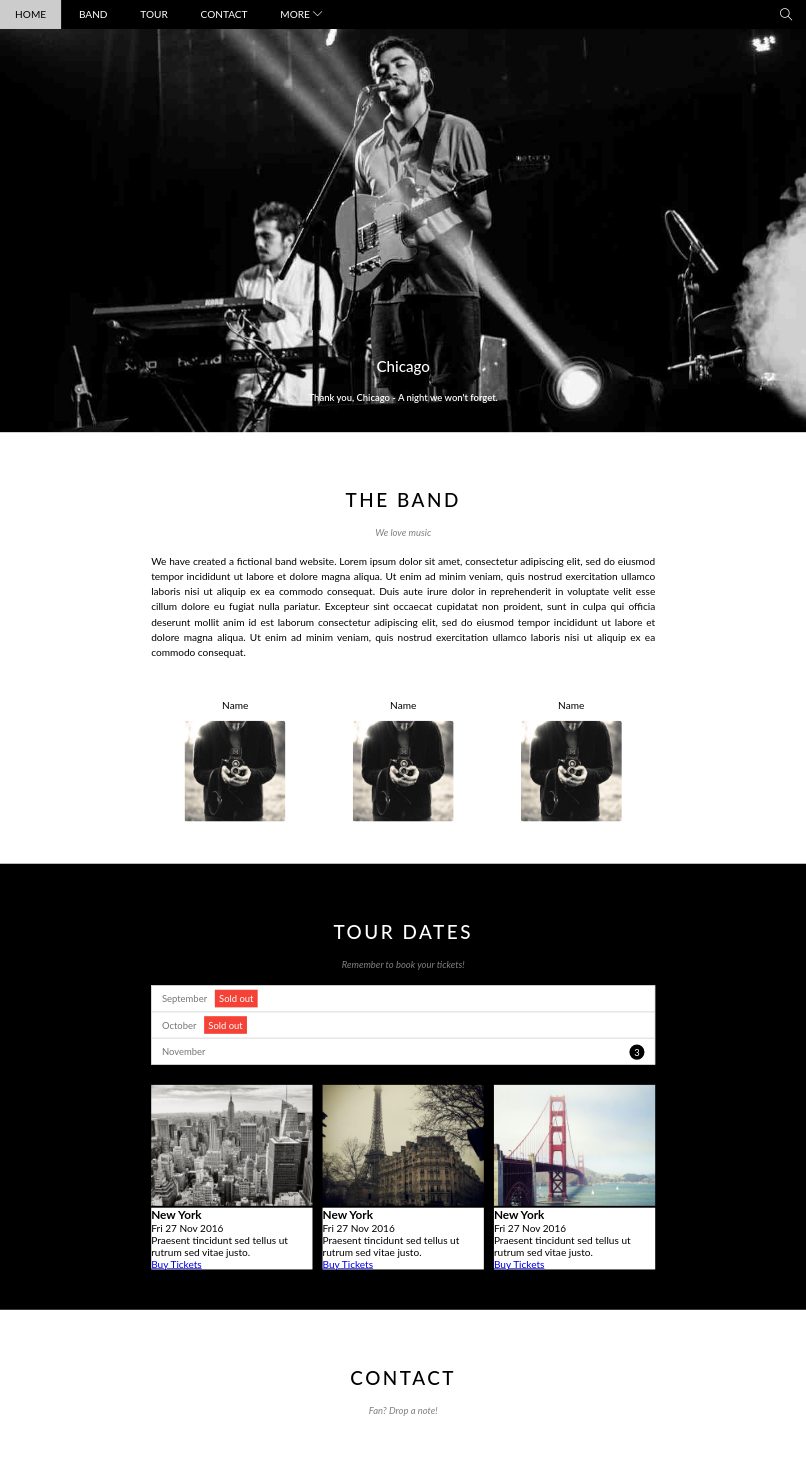
Repository: tatvanhco/web-dau-tay
Page: index.html
These files come from the project's save history. The page is drawn as it stood at one moment and after the next save; the edit follows.
The browser window is 1280 px wide. The pictures show the whole page, at 63% of full size.
The pointer rests on the first visible `.place-item img`.

Above is the page before, as saved 2022-01-23 20:18:53.

After the next save:
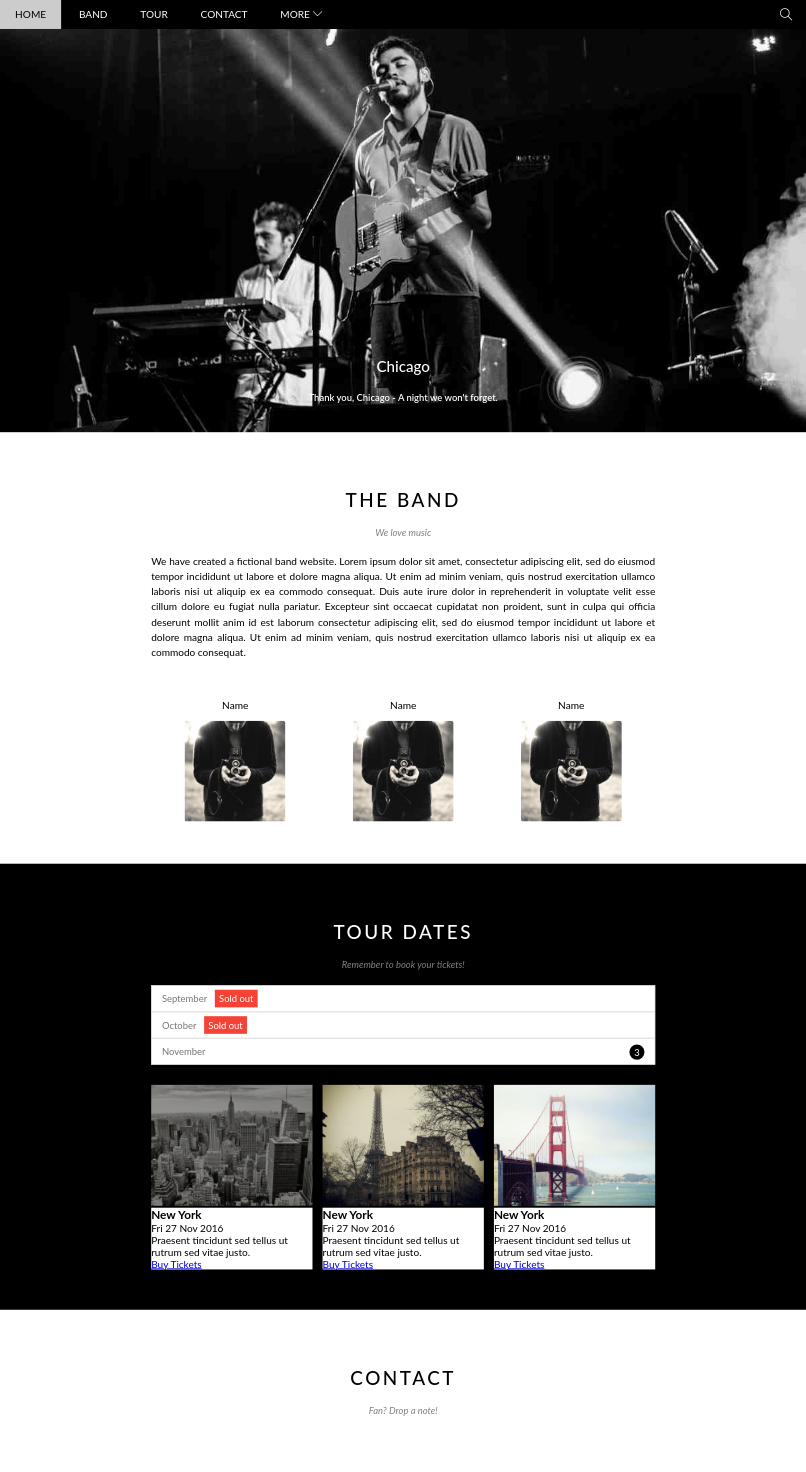
Saved 34 s later.
--- a/assets/css/style.css
+++ b/assets/css/style.css
@@ -227,6 +227,10 @@ body {
     width: 100%;
 }
 
+.place-item img:hover {
+    opacity: 0.6;
+}
+
 .place-body {
     background-color: #fff;
 }
